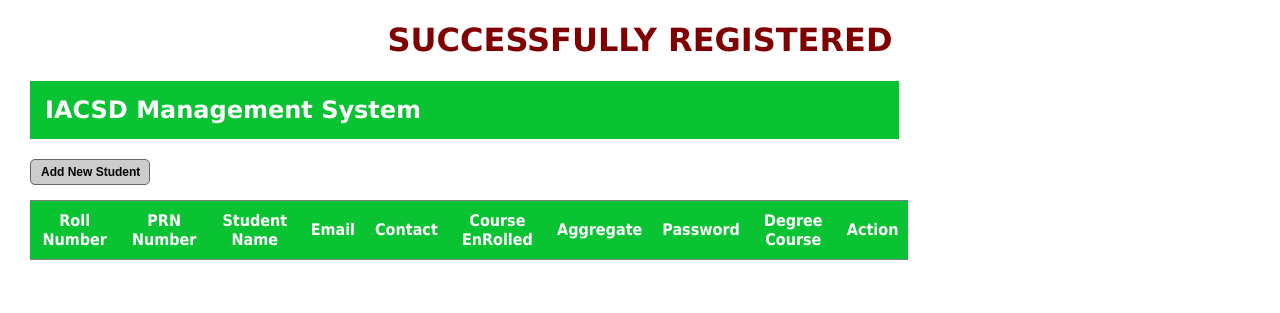
Repository: vsc8791/IMS
Page: http://localhost/web-customer-tracker/WEB-INF/view/list-students-success.jsp
These files come from the project's save history. The page is drawn as it stood at one moment and after the next save; the edit follows.
The browser window is 1280 px wide. The pictures show the whole page.
The page is served by Tomcat 9. Nobody is signed in. Other server files are loaded and not shown. The template is opened directly, without the code that normally fills it, so the values that code supplies are empty.

Above is the page before, as saved 2018-07-26 10:19:22.

### web-customer-tracker/WebContent/WEB-INF/view/list-students-success.jsp

<%@ taglib uri="http://java.sun.com/jsp/jstl/core" prefix="c"%>

<!DOCTYPE html>

<html>

<head>
<title>List Students</title>

<!-- reference our style sheet -->

<link type="text/css" rel="stylesheet"
	href="${pageContext.request.contextPath}/resources/css/style.css" />

</head>

<body>
	<div align="center" style="color:maroon;">
		<h1>SUCCESSFULLY REGISTERED</h1>
	</div>
	<div id="wrapper">
		<div id="header">
			<h2>IACSD Management System</h2>
		</div>
	</div>

	<div id="container">

		<div id="content">

			<!-- put new button: Add Student -->

			<input type="button" value="Add New Student"
				onclick="window.location.href='showFormForAdd'; return false;"
				class="add-button" />

			<!--  add our html table here -->

			<table>
				<tr>
					<th>Roll Number</th>
					<th>PRN Number</th>
					<th>Student Name</th>
					<th>Email</th>
					<th>Contact</th>
					<th>Course EnRolled</th>
					<th>Aggregate</th>
					<th>Password</th>
					<th>Degree Course</th>
					<th>Action</th>
				</tr>

				<!-- loop over and print our students -->
				<c:forEach var="tempStudent" items="${students}">

					<!-- construct an "update" link with student id -->
					<c:url var="updateLink" value="/student/showFormForUpdate">
						<c:param name="studentId" value="${tempStudent.id}" />
					</c:url>

					<!-- construct an "delete" link with student id -->
					<c:url var="deleteLink" value="/student/delete">
						<c:param name="studentId" value="${tempStudent.id}" />
					</c:url>

					<tr>
						<td>${tempStudent.rollNumber}</td>
						<td>${tempStudent.prnNumber}</td>
						<td>${tempStudent.studentName}</td>
						<td>${tempStudent.email}</td>
						<td>${tempStudent.contact}</td>
						<td>${tempStudent.course_enrolled}</td>
						<td>${tempStudent.aggregate}</td>
						<td>${tempStudent.password}</td>
						<td>${tempStudent.degree_course}</td>
						<td>
							<!-- display the update link --> <a href="${updateLink}">Update</a>|
							<a href="${deleteLink}"
							onclick="if (!(confirm('Are You Sure You Want To Delete this Student Details?'))) return false">Delete</a>
						</td>


					</tr>

				</c:forEach>

			</table>

		</div>

	</div>


</body>

</html>

### web-customer-tracker/WebContent/resources/css/style.css
html, body{
	margin-left:15px; margin-right:15px;
	padding:0px;
	font-family:Verdana, Arial, Helvetica, sans-serif;
}

table {
	border-collapse:collapse;
	border-bottom:1px solid gray;
	font-family: Tahoma,Verdana,Segoe,sans-serif;
	width:72%;
}

th {
	border-bottom:1px solid gray;
	background:none repeat scroll 0 0 #09c332;
	padding:10px;
	color: #FFFFFF;
}

tr {
	border-top:1px solid gray;
	text-align:center;
}

tr:nth-child(even) {background: #FFFFFF}
tr:nth-child(odd) {background: #BBBBBB}

#wrapper {width: 100%; margin-top: 0px; }
#header {width: 70%; background:#09c332; margin-top: 0px; padding:15px 0px 15px 15px;}
#header h2 {width: 100%; margin:auto; color: #FFFFFF;}
#container {width: 100%; margin:auto}
#container h3 {color: #000;}
#container #content {margin-top: 20px;}

.add-button {
	border: 1px solid #666;
	border-radius: 5px;
	padding: 4px;
	font-size: 12px;
	font-weight: bold;
	width: 120px;
	padding: 5px 10px;

	margin-bottom: 15px;
	background: #cccccc;
}

After the next save:
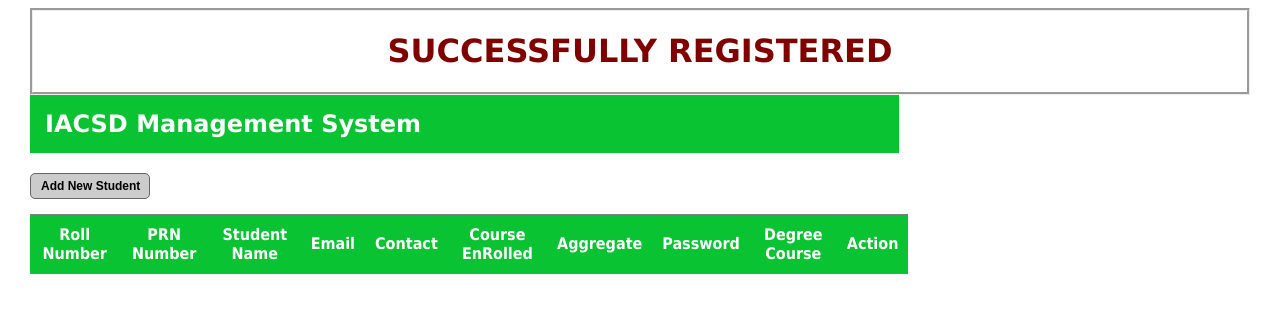
Saved 21 s later.
--- a/web-customer-tracker/WebContent/WEB-INF/view/list-students-success.jsp
+++ b/web-customer-tracker/WebContent/WEB-INF/view/list-students-success.jsp
@@ -16,7 +16,7 @@
 </head>
 
 <body>
-	<div align="center" style="color:maroon;">
+	<div align="center" style="color:maroon;border: groove;">
 		<h1>SUCCESSFULLY REGISTERED</h1>
 	</div>
 	<div id="wrapper">
